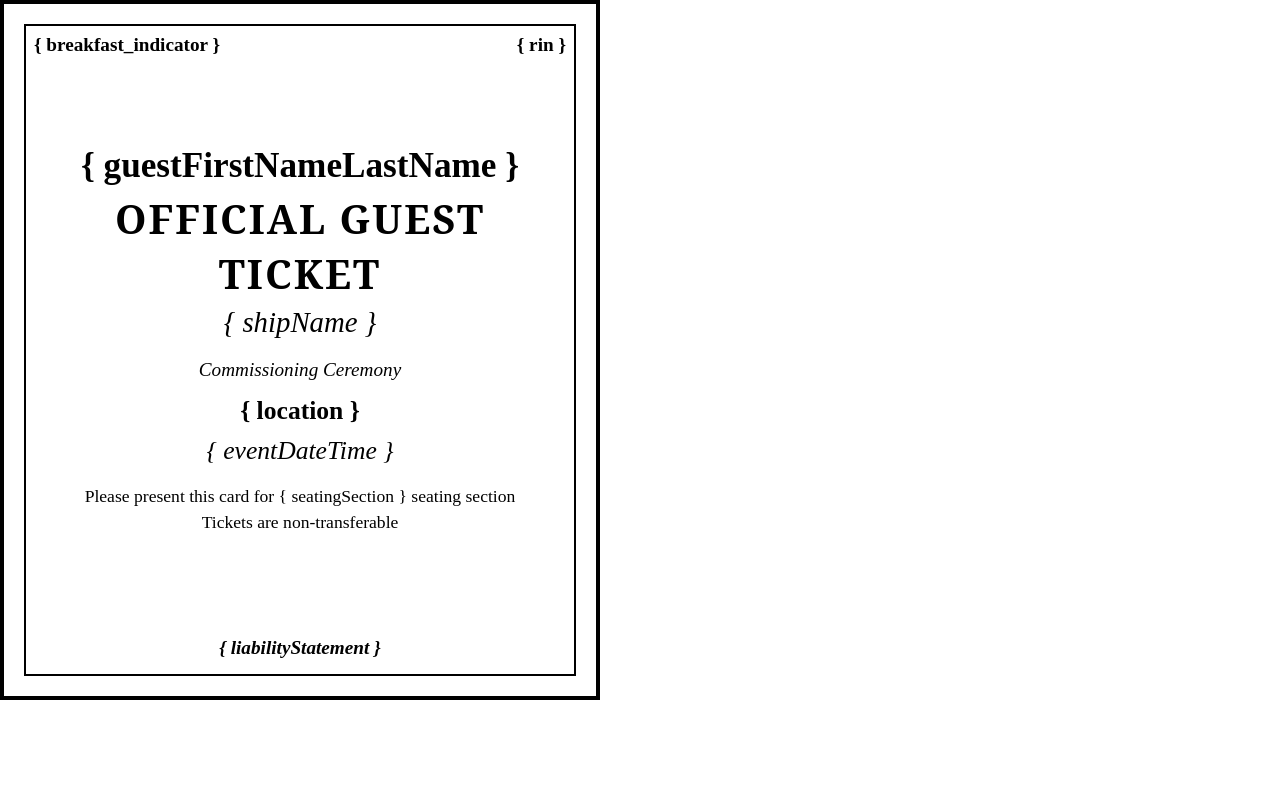
Repository: yaleevans/SabelWeasyPrintPDFLambda
Page: event_ticket_template.html
These files come from the project's save history. The page is drawn as it stood at one moment and after the next save; the edit follows.
The browser window is 1280 px wide. The pictures show the whole page.

Above is the page before, as saved 2025-10-22 10:06:05.

### event_ticket_template.html
<!DOCTYPE html>
<html>
<head>
    <title>Official Guest Ticket</title>
    <style>
        /* 1. IMPORT GOOGLE NOTO SERIF FONT */
        /* This is the most reliable way to force a custom font in restricted WeasyPrint environments */
        @import url('https://fonts.googleapis.com/css2?family=Noto+Serif:wght@400;700&display=swap');

        /* CRITICAL FIX 1: Set the PDF page size to PORTRAIT (400px wide x 700px tall) */
        @page {
            size: 650px 700px;
            margin: 0; /* Remove default page margins */
        }

        body {
            margin: 0;
            padding: 0;
            font-family: 'Times New Roman', Times, serif;
            background-color: white;
            /* Ensure body fills the @page area */
            width: 650px;
            height: 800px;
        }
        .ticket-container {
            /* This is the final visible ticket box, set to the full page size (600x800) */
            width: 600px;
            height: 700px;

            /* Outer Border (4px) and Padding (20px) consumption: 48px on both axes */
            border: 4px solid black;
            padding: 20px;

            margin: 0;

            text-align: center;
            color: { font_color };
            box-sizing: border-box;
            position: relative;
            color: { font_color };

            /* The inner content space for .inner-border is 352px wide x 652px high */
        }
        .inner-border {
            /* CRITICAL FIX 2: Set fixed pixel height/width to match the parent's content box
               (400 - 48 = 352 and 700 - 48 = 652) */
            width: 552px;
            height: 652px;

            border: 2px solid black;
            padding: 15px;
            box-sizing: border-box;

            display: flex;
            flex-direction: column;
            justify-content: space-between;
            align-items: center;
        }
        /* --- NEW CSS FOR OVERLAY --- */
        .ticket-number-overlay {
            /* Position relative to .ticket-container */
            position: absolute;
            top: 25px;
            right: 25px;
            padding: 5px;
            font-size: 1.2em;
            font-weight: bold;
            color: { font_color };
            background-color: transparent;
            z-index: 10;
        }

         .breakfast-overlay {
            /* Position relative to .ticket-container */
            position: absolute;
            top: 25px;
            left: 25px;
            padding: 5px;
            font-size: 1.2em;
            font-weight: bold;
            /* Color is inherited from .ticket-container */
            background-color: transparent;
            z-index: 10;
        }
        /* --- TEXT STYLING --- */
        .content {
            /* Ensure content takes up all available vertical space in the inner-border */
            flex-grow: 1;
            display: flex;
            flex-direction: column;
            justify-content: center;
            align-items: center;
            width: 100%;
        }

        /* Apply text styles and margins as before */
        .guest-name { font-size: 2.2em; font-weight: bold; margin-bottom: 5px; color: { font_color };}
        .guest-name-label { font-size: 0.8em; margin-bottom: 20px; color: { font_color }; }
        .ticket-title { font-family: 'Noto Serif', serif; font-size: 2.5em; font-weight: bold; letter-spacing: 2px; margin-bottom: 5px; color: { font_color }; }
        .ship-name { font-size: 1.8em; font-style: italic; margin-bottom: 20px; color: { font_color }; }
        .commissioning-text { font-size: 1.2em; font-style: italic; margin-bottom: 15px; color: { font_color }; }
        .location { font-size: 1.6em; font-weight: bold; margin-bottom: 10px; color: { font_color };}
        .datetime { font-size: 1.6em; font-style: italic; margin-bottom: 20px; color: { font_color };}
        .instructions { font-size: 1.1em; margin-bottom: 5px; color: { font_color }; }
        .transfer-info { font-size: 1.1em; margin-bottom: 0px; color: { font_color }; }
        .waiver-text { font-size: 1.2em; font-style: italic; font-weight: bold; color: { font_color };}
    </style>
</head>
<body>
    <div class="ticket-container">

        <div class="ticket-number-overlay">
            { rin }
        </div>

        <div class="breakfast-overlay">
            { breakfast_indicator }
        </div>

        <div class="inner-border" style="background-color: { background_color }">
            <div class="content">
                <div class="guest-name">{ guestFirstNameLastName }</div>

                <div class="ticket-title">OFFICIAL GUEST TICKET</div>
                <div class="ship-name">{ shipName }</div>

                <div class="commissioning-text">Commissioning Ceremony</div>

                <div class="location">{ location }</div>
                <div class="datetime">{ eventDateTime }</div>

                <div class="instructions">Please present this card for { seatingSection } seating section</div>
                <div class="transfer-info">Tickets are non-transferable</div>
            </div>
            <div class="waiver-text">
                { liabilityStatement }
            </div>
        </div>
    </div>
</body>
</html>

After the next save:
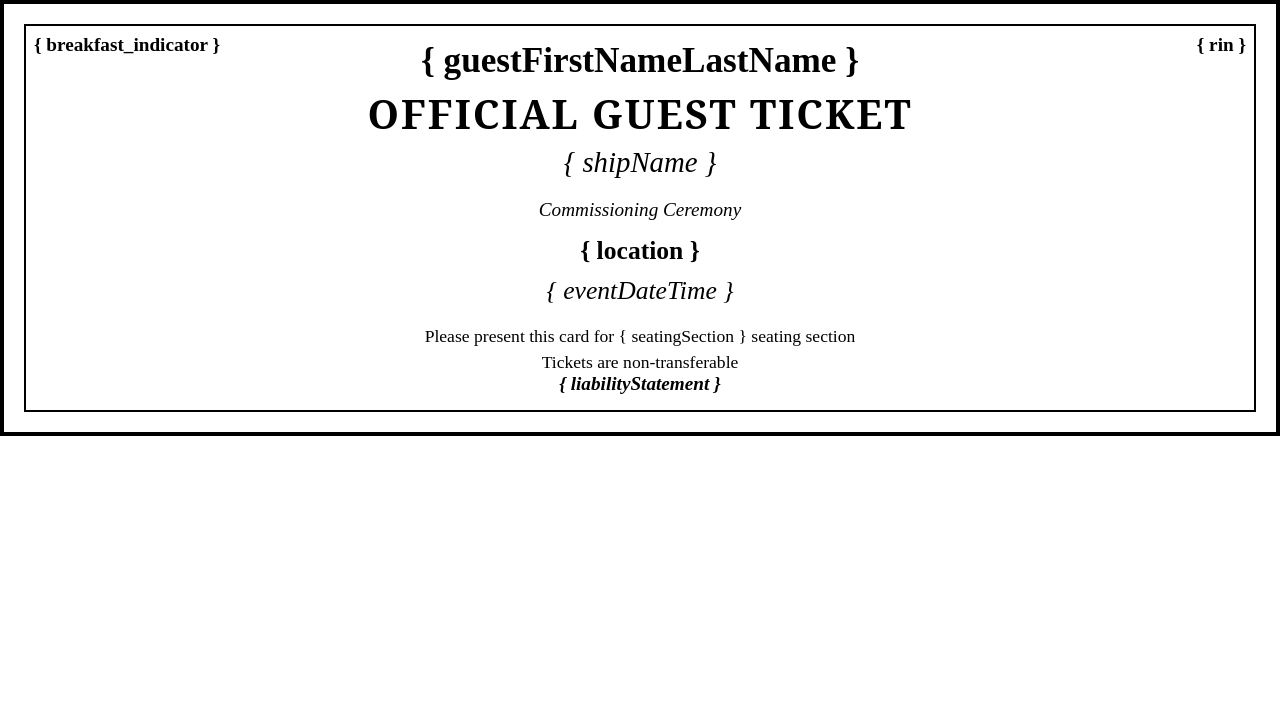
Saved 3 min 28 s later.
--- a/event_ticket_template.html
+++ b/event_ticket_template.html
@@ -19,13 +19,14 @@
             font-family: 'Times New Roman', Times, serif;
             background-color: white;
             /* Ensure body fills the @page area */
-            width: 650px;
-            height: 800px;
+            width: 100%;
+            height: 100%;
         }
         .ticket-container {
-            /* This is the final visible ticket box, set to the full page size (600x800) */
-            width: 600px;
-            height: 700px;
+
+            /* FIX: Body must occupy 100% of the @page area */
+            width: 100%;
+            height: 100%;
 
             /* Outer Border (4px) and Padding (20px) consumption: 48px on both axes */
             border: 4px solid black;
@@ -42,10 +43,12 @@
             /* The inner content space for .inner-border is 352px wide x 652px high */
         }
         .inner-border {
-            /* CRITICAL FIX 2: Set fixed pixel height/width to match the parent's content box
-               (400 - 48 = 352 and 700 - 48 = 652) */
-            width: 552px;
-            height: 652px;
+            /* CRITICAL FIX 2: Use 100% width and calc() for height
+               This calculates the height by taking 100% of the parent's content area (100%) and
+               subtracting the inner padding (15px top + 15px bottom = 30px) and its own border (2px top + 2px bottom = 4px)
+               Total deduction: 34px. */
+            width: 100%;
+            height: calc(100% - 34px);
 
             border: 2px solid black;
             padding: 15px;
